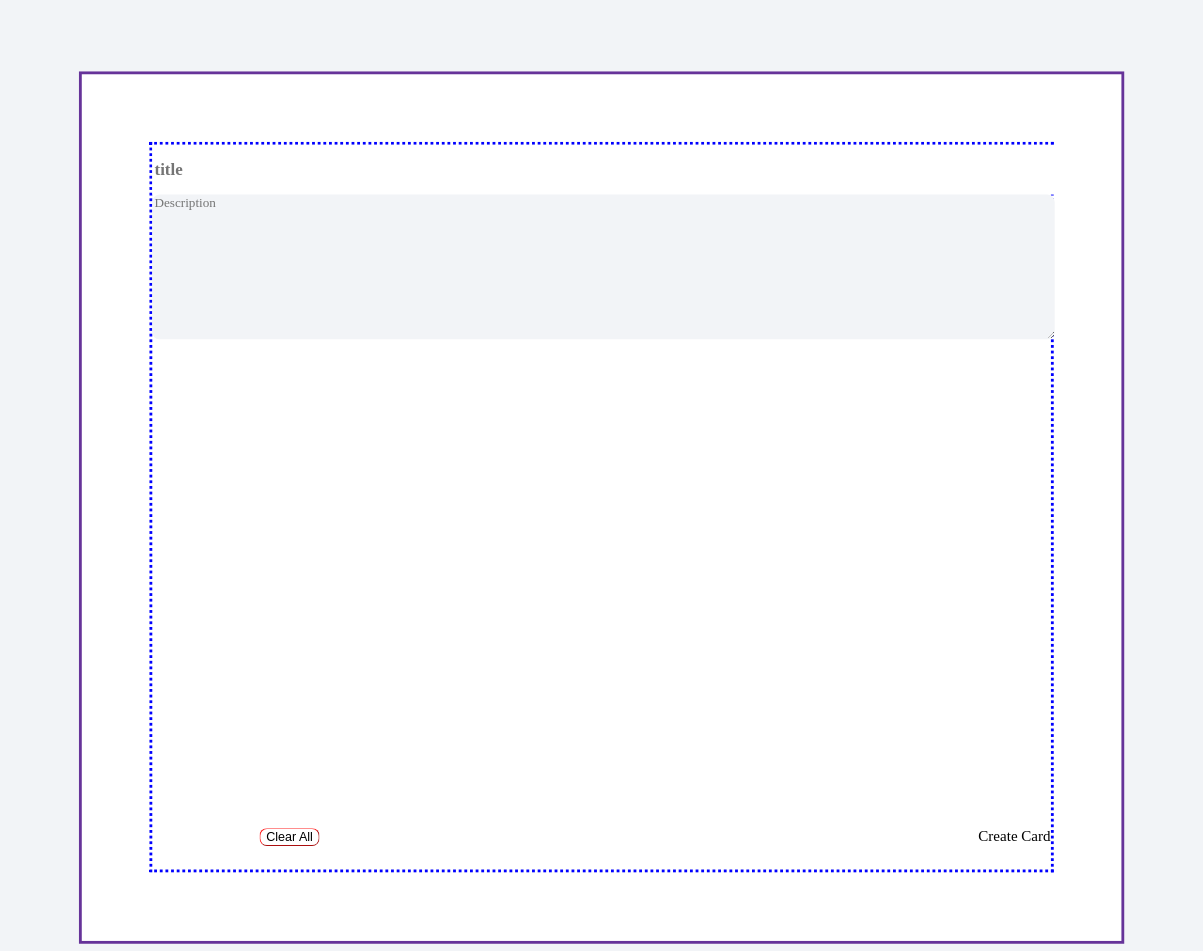
Repository: ReyhanehRahmani/TO-DO
Page: index.html
An editor plug-in stored every save of this project. The page is shown before and after the next save, followed by the edit.
The browser window is 1280 px wide. The pictures show the whole page, at 94% of full size.

Above is the page before, as saved 2025-06-07 22:35:48.

### index.html
<!DOCTYPE html>

<html lang="en">

    <head>

        <meta name="viewport" content="width=device-width, initial-scale=1.0" />

        <title>TO-DO</title>

        <link rel="icon" type="image/jpg" href="favicon.png">

        <link rel="stylesheet" href="style.css">

    </head>
    <body>
        <div id="main-card">
            <div id="content">
                <div >
                <div id="title">
                    <input type="text" id="titlebox" minlength="3" maxlength="30" placeholder="title">
                </div>
                <div id="description">
                    <textarea type="text" id="descriptionbox" maxlength="200" placeholder="Description"></textarea>
                </div>
                </div>

                <div id="buttons">
                    <div id="clear"><button id="clearbut">Clear All</button></div>
                    <div id="creat">Create Card</div>
                </div>
            </div>
        </div>
    </body>

### style.css
body{
    background-color: #F2F4F7;
}



#main-card{
    margin-left: 6%;
    margin-right: 6%;
    margin-top: 6%;
    background-color: #FFFFFF;
    border: solid rebeccapurple;
}

#content{
    margin-right: 6.557377049%;
    margin-left: 6.557377049%;
    margin-top: 6.557377049%;
    margin-bottom: 6.557377049%;
    border: dotted blue;
}

#titlebox{
    font-family: Poppins;
    font-weight: 700;
    font-size: 18px;
    line-height: 150%;
    letter-spacing: -2%;
    border: none;
    width: 100%;
    height: 51px;
}

#descriptionbox{
    border: none;
    width: 100%;
    font-family: 'Poppins';
    font-weight: 500;
    font-size: 14px;
    line-height: 100%;
    letter-spacing: -3%;
    height: 150px;
    border-radius: 8px;
    background: #F2F4F7;

}

#content{
    display: flex;
    flex-direction: column;
    justify-content: space-between;
    gap: 516px;
}

#buttons{
    display: flex;
    justify-content: space-between;
    gap: 100px;


}

#clear{
    width: 30.503144654%;
    height: 44px;
    text-align: center;
    justify-content: center;
}

#clearbut{
    border-radius: 8px;
    border-width: 1.4px;
    border-color: #FF1616;
    background-color: #FFFFFF;

}

After the next save:
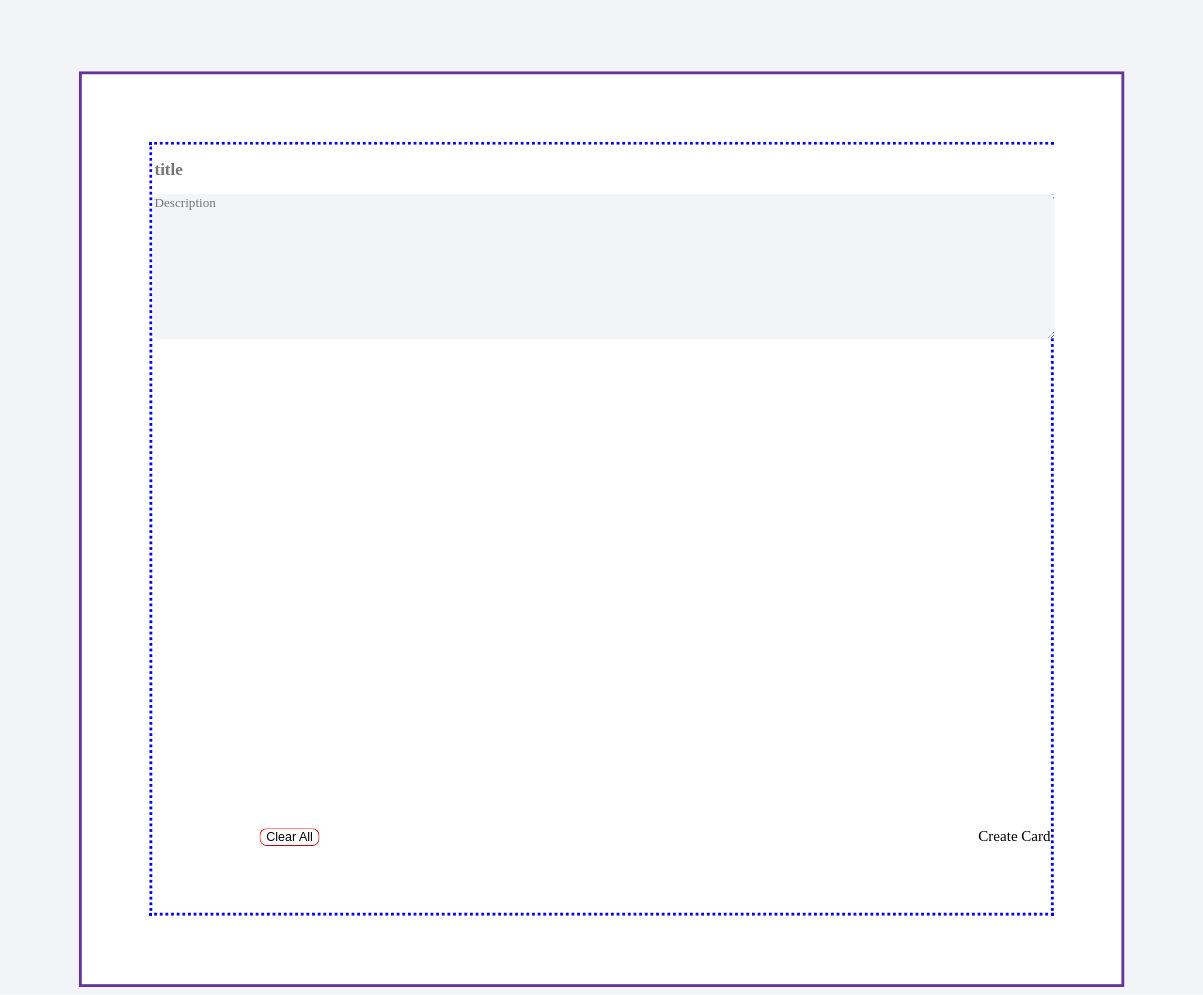
Saved 20 s later.
--- a/style.css
+++ b/style.css
@@ -62,7 +62,7 @@ body{
 
 #clear{
     width: 30.503144654%;
-    height: 44px;
+    height: 90px;
     text-align: center;
     justify-content: center;
 }
